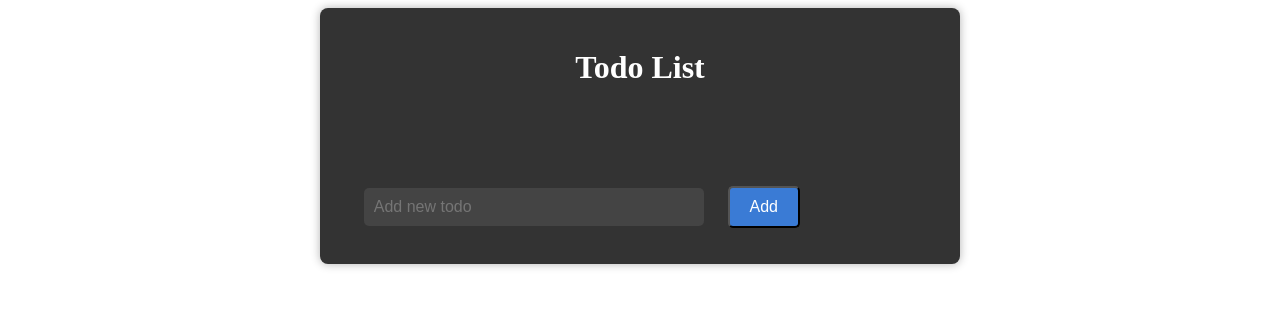
Repository: Tobby004/Todo-assignment
Page: / (app in todo-list-app/)
The author's editor kept a copy of each file at every save. The page is drawn from the files as they stood at one save, then again after the next save.
The browser window is 1280 px wide. The pictures show the whole page.
The project was rebuilt for these pictures with package versions that can differ from the ones it lists, and the page was loaded fresh each time. Also part of the build but not shown: todo-list-app/vue.config.js.

Above is the page before, as saved 2023-12-06 17:26:04.

### todo-list-app/src/App.vue
<template>
  <div id="app">
    <h1>Todo List</h1>
    <div class="input-container">
      <input v-model="newTodo" @keyup.enter="addTodo" placeholder="Add new todo" class="input-field">
      <button @click="addTodo" class="add-button">Add</button>
    </div>
    <ul>
      <li v-for="(todo, index) in todos" :key="index" class="todo-item">
        <span>{{ todo }}</span>
        <button @click="editTodo(index)" class="edit-button">Edit</button>
        <button @click="deleteTodo(index)" class="delete-button">Delete</button>
      </li>
    </ul>
  </div>
</template>



<script>
export default {
  data() {
    return {
      todos: [],
      newTodo: '',
      editedTodoIndex: null,
    };
  },
  methods: {
    addTodo() {
      if (this.newTodo.trim() !== '') {
        if (this.editedTodoIndex !== null) {
          this.todos[this.editedTodoIndex] = this.newTodo;
          this.newTodo = '';
          this.editedTodoIndex = null;
        } else {
          this.todos.push(this.newTodo);
          this.newTodo = '';
        }
      }
    },
    editTodo(index) {
      this.newTodo = this.todos[index];
      this.editedTodoIndex = index;
    },
    deleteTodo(index) {
      this.todos.splice(index, 1);
    },
  },
};
</script>

<style scoped>
body {
  margin: 0;
  font-family: Arial, sans-serif;
  background-color: #222;
  color: #eee;
}
h1 {
  color: #fff;
}

#app {
  max-width: 600px;
  margin: 0 auto;
  padding: 20px;
  background-color: #333;
  border-radius: 8px;
  box-shadow: 0 0 10px rgba(0, 0, 0, 0.3);
}

h1 {
  text-align: center;
}

.input-container {
  display: flex;
  align-items: center;
  margin-bottom: 10px;
  margin-top: 100px;
}

.input-field {
  width: 320px;
  padding: 10px;
  border: none;
  border-radius: 5px;
  font-size: 16px;
  background-color: #444;
  color: #eee;
  margin-left: auto;
  margin-right: auto;
}

.add-button {
  padding: 10px 20px;
  margin-right: 140px;
  border-radius: 5px;
  cursor: pointer;
  font-size: 16px;
  background-color: #3a7bd5;
  color: #fff;
  transition: background-color 0.3s ease;
}

.add-button:hover {
  background-color: #2e5aa3;
}
.todo-item {
  display: flex;
  align-items: center;
  justify-content: space-between;
  padding: 10px;
  margin-bottom: 8px;
  background-color: #555;
  border-radius: 5px;
  color: white;
  transition: background-color 0.3s ease;
}

.todo-item:hover {
  background-color: #666;
}

.edit-button,
.delete-button {
  padding: 5px 10px;
  border: none;
  border-radius: 3px;
  cursor: pointer;
  transition: background-color 0.3s ease;
}

.edit-button:hover {
  background-color: #3a7bd5;
}

.delete-button:hover {
  background-color: #d9534f;
}
</style>

Loaded but not shown: todo-list-app/public/index.html (common file); todo-list-app/src/main.js (common file)

After the next save:
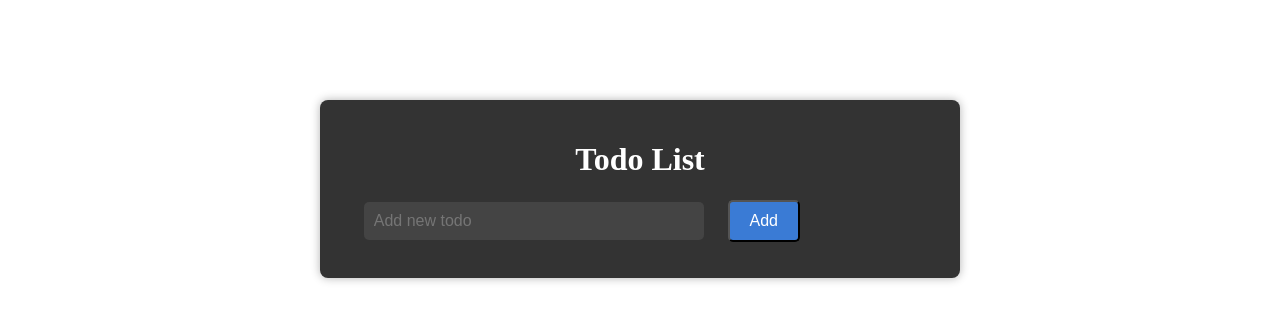
Saved 105 s later.
--- a/todo-list-app/src/App.vue
+++ b/todo-list-app/src/App.vue
@@ -67,6 +67,7 @@ h1 {
   padding: 20px;
   background-color: #333;
   border-radius: 8px;
+  margin-top: 100px;
   box-shadow: 0 0 10px rgba(0, 0, 0, 0.3);
 }
 
@@ -78,7 +79,6 @@ h1 {
   display: flex;
   align-items: center;
   margin-bottom: 10px;
-  margin-top: 100px;
 }
 
 .input-field {
